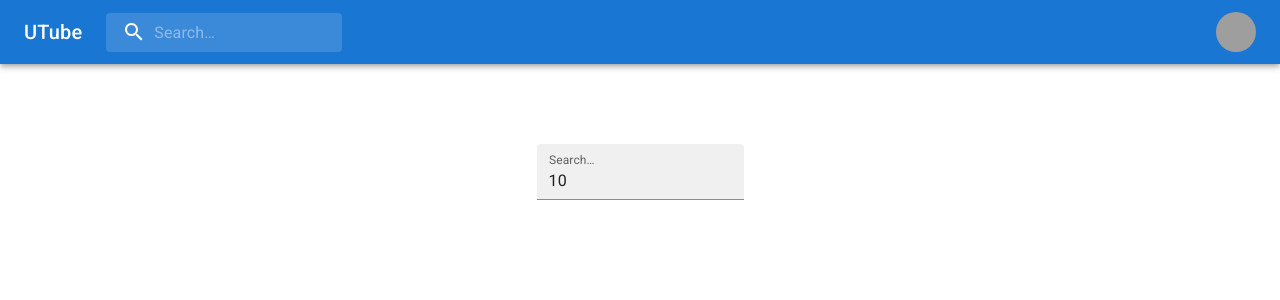
Repository: GokulDev4U/SocialBoatAssignment
Page: /
The author's editor kept a copy of each file at every save. The page is drawn from the files as they stood at one save, then again after the next save.
The browser window is 1280 px wide. The pictures show the whole page.
Pictures or frames that could not be fetched are drawn as grey boxes. The page's requests for data from a server got no answer. The project was rebuilt for these pictures with package versions that can differ from the ones it lists, and the page was loaded fresh each time. No one was signed in, and anything a server would have sent is missing. Also part of the build but not shown: src/components/VideoCard.jsx.

Above is the page before, as saved 2022-05-15 17:02:23.

After the next save:
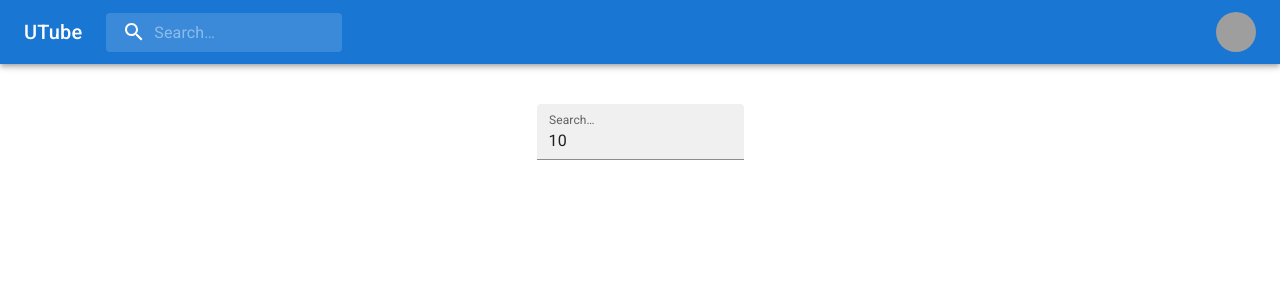
Saved 9 s later.
--- a/src/components/Header.jsx
+++ b/src/components/Header.jsx
@@ -131,7 +131,7 @@ export default function Header() {
                 </Toolbar>
             </AppBar>
 
-            <Box sx={{ display: 'flex', justifyContent: "center", marginY: 10 }}>
+            <Box sx={{ display: 'flex', justifyContent: "center", marginY: 5 }}>
                 <TextField id="filled-basic" label="Search…"
                     onChange={(e) => setResults(e.target.value)} value={results} variant="filled" />
 
